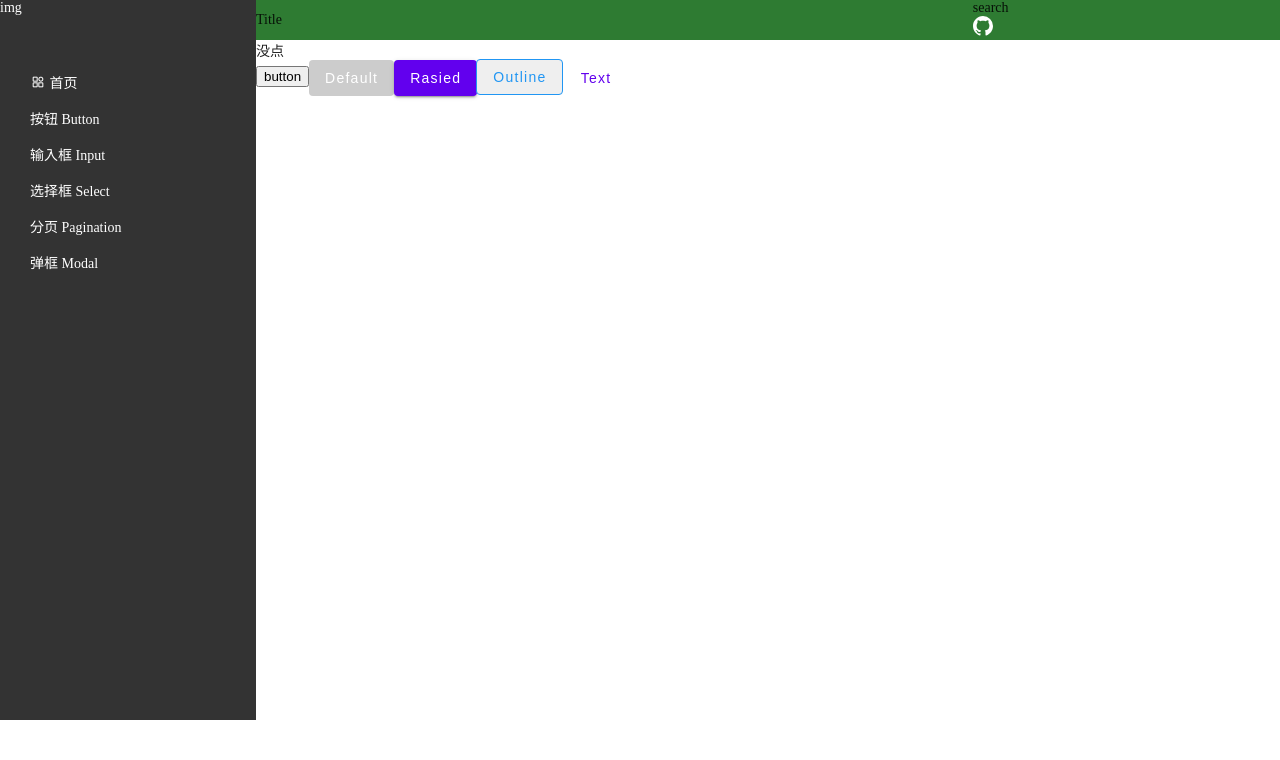
Repository: wyhsunflower/koalaUI
Page: /
An editor plug-in stored every save of this project. The page is shown before and after a run of saves, followed by the edit.
The browser window is 1280 px wide. The pictures show the whole page.
The project was rebuilt for these pictures with package versions that can differ from the ones it lists, and the page was loaded fresh each time. Also part of the build but not shown: webpack.config.js, src/components/Modal/Modal.vue. Imported but missing from the stored project, and not drawn on this page: src/views/go/go2.vue.

Above is the page before, as saved 2020-03-15 21:26:50.

### index.html
<!DOCTYPE html>
<html lang="en">
<head>
    <meta charset="UTF-8">
    <title>koala's UI</title>
</head>
<body>
<div id="app"></div>
</body>
</html>

### src/index.js
import Vue from 'vue';
import App from './app';
import './components/components.js'
import './styles/global.scss';
import './styles/iconfont/icon.scss'
import router from './router/route';


new Vue({
    router,
    render(h) {
        return h(App);
    }
}).$mount('#app');

### src/app.vue
<template>
    <div id="app" class="container">
        <SideBar></SideBar>
        <div class="right">
            <Header></Header>
            <div class="main">
                <transition>
                 <router-view></router-view>
                </transition>
            </div>
        </div>
    </div>
</template>
<script>
    import SideBar from './SideBar';
    import Header from './Header';
    export default {
        name: "app",
        components:{
            SideBar,
            Header
        },
    }
</script>

<style lang="scss" scoped>
    @import "styles/global";
    .container{
        width: 100%;
        display: flex;
        flex-flow: row nowrap;
        height: 100%;
    }
    .right{
        width: 80%;
        height: 100%;
    }
        .main{
            width: 100%;
            height: 100%;
        }
</style>

### src/components/components.js
import Vue from 'vue'
import Button from './Button/Button';
import Modal from './Modal/Modal';

Vue.component('Button',Button);
Vue.component('Modal',Modal);

### src/styles/global.scss
$font-color: rgba(0,0,0, 0.87);
$color-btn-default:#ccc;
$color-btn-primary:#2196f3;
$color-btn-custom:#6200ee;
* {
    box-sizing: border-box;
}
html, body {
    margin: 0;
    padding: 0;
    font-size: 14px;
}
html{
    width: 100%;
    height: 100%;
    outline: none;
    font-size: 14px;
}
body {
    color: $font-color;
    font-size: 14px;
    height: 100%;
    width: 100%;
}
.koala-button{

    -moz-osx-font-smoothing: grayscale;
    -webkit-font-smoothing: antialiased;
    font-size: 1rem;
    line-height: 2.25rem;
    font-weight: 500;
    letter-spacing: .0892857143em;
    text-decoration: none;
    display: inline-flex;
    position: relative;
    align-items: center;
    justify-content: center;
    box-sizing: border-box;
    min-width: 64px;
    border: none;
    outline: none;
    line-height: 1;
    -webkit-user-select: none;
    -moz-user-select: none;
    -ms-user-select: none;
    user-select: none;
    -webkit-appearance: none;
    overflow: visible;
    vertical-align: middle;
    border-radius: 4px;
    cursor: pointer;

    padding: 0 1.145rem;
    min-width: 4.5rem;
    color: #fff;
    height: 2.572rem;
}

### src/styles/iconfont/icon.scss
@font-face {font-family: "iconfont";
  src: url('./iconfont.eot?t=1575969178796'); /* IE9 */
  src: url('./iconfont.eot?t=1575969178796#iefix') format('embedded-opentype'), /* IE6-IE8 */
       url('./iconfont.woff?t=1575969178796') format('woff'),
       url('./iconfont.ttf?t=1575969178796') format('truetype'), /* chrome, firefox, opera, Safari, Android, iOS 4.2+ */
       url('./iconfont.svg?t=1575969178796#iconfont') format('svg'); /* iOS 4.1- */
}
.iconfont {
  font-family: "iconfont" !important;
  font-size: 16px;
  font-style: normal;
  -webkit-font-smoothing: antialiased;
  -moz-osx-font-smoothing: grayscale;
}
.icon-all:before {
  content: "\e6ef";
}

### src/router/route.js
import Router from 'vue-router';
import Vue from 'vue';
//import Home from '../app';
//import Button from '../components/Button/Button';
import Home from '../views/home';


const routerListDir=[];

function importAllRouter(r) {
    r.keys().forEach(
        (key)=>routerListDir.push(r(key).default)
    )
}

importAllRouter(require.context('../router',true,/\.router\.js/));
Vue.use(Router);
console.log(routerListDir);

export default new Router({
    routes: [
        ...routerListDir,
        { path: '/',component:Home},
        //{ path: '/button',component:Button},
    ]
});

### src/SideBar.vue
<template>
    <div class="side">
        <div class="top">
            <div>img</div>
            <!--<img src="./static/img/logo.jpg">-->
        </div>
        <ul class="side-list">
            <li v-for="x of lists">
                <i class="iconfont" :class="x.icon"></i>
                {{x.name}}
            </li>
        </ul>
    </div>
</template>

<script>
    export default {
        name: "SideBar",
        data(){
            return{
                lists:[
                    {
                        name:'首页',
                        icon:'icon-all',
                    },
                    {
                        name:'按钮 Button',
                        icon:'button',
                    },
                    {
                        name:'输入框 Input',
                        icon:'input',
                    },
                    {
                        name:'选择框 Select',
                        icon:'select',
                    },
                    {
                        name:'分页 Pagination',
                        icon:'pagination',
                    },
                    {
                        name:'弹框 Modal',
                        icon:'modal',
                    },
                ],
            }
        },
    }
</script>

<style lang="scss" scoped>
    .side {
        max-width: 300px;
        width: 20%;
        background: rgba(0,0,0,.8);
        height: 100%;
        color: #fff;
    }
    .top {
        height: 50px;
    }
    ul{
        list-style: none;
        padding: 0;
    }
    li{
        padding: 8px 30px;
        &:hover{background: rgba(0,0,0,.2);}
    }
</style>

### src/Header.vue
<template>
    <div class="header">
        <div class="title">Title</div>
        <div class="right">
            <div class="search">search</div>
            <div class="config">
            <svg width="20" height="20" viewBox="0 0 20 20" xmlns="http://www.w3.org/2000/svg"><title>github-circle-white-transparent</title><path d="M10 0C4.477 0 0 4.477 0 10c0 4.42 2.87 8.17 6.84 9.5.5.08.66-.23.66-.5v-1.69c-2.77.6-3.36-1.34-3.36-1.34-.46-1.16-1.11-1.47-1.11-1.47-.91-.62.07-.6.07-.6 1 .07 1.53 1.03 1.53 1.03.87 1.52 2.34 1.07 2.91.83.09-.65.35-1.09.63-1.34-2.22-.25-4.55-1.11-4.55-4.92 0-1.11.38-2 1.03-2.71-.1-.25-.45-1.29.1-2.64 0 0 .84-.27 2.75 1.02.79-.22 1.65-.33 2.5-.33.85 0 1.71.11 2.5.33 1.91-1.29 2.75-1.02 2.75-1.02.55 1.35.2 2.39.1 2.64.65.71 1.03 1.6 1.03 2.71 0 3.82-2.34 4.66-4.57 4.91.36.31.69.92.69 1.85V19c0 .27.16.59.67.5C17.14 18.16 20 14.42 20 10A10 10 0 0 0 10 0z" fill="#FFF" fill-rule="evenodd"/></svg>
            </div>
        </div>
    </div>
</template>

<script>
    export default {
        name: "Header"
    }
</script>

<style lang="scss" scoped>
    .header{
        width: 100%;
        display: flex;
        justify-content: space-between;
        align-items: center;
        background-color:#2e7b32
    }
    .title{
        width: 60%;
    }
    .right{
        width: 30%;
    }
</style>

### src/components/Button/Button.vue
<template>
    <component
            class="koala-button"
            :class="buttonType"
            is="button"
            @click="onClick"
    >
        <slot></slot>
    </component>
</template>

<script>
    //type color icon
    export default {
        name: "Button",
        // ['type','color','diabled','size'],
        props: {
            type:{
                type: String,
                default:'default', // 'default', 'rasied , 'text', 'outline'
            },
            color:{
                type: String,
                default: 'default', // 'default', 'primary', 'custom'
            },
            size:{
                type: String,
                default: 'normal' // 'small', 'normal', 'large','custom'
            },
            disabled: {
                type: Boolean,
                default: false
            }
        },
        data(){
            return{
            }
        },
        components:{

        },
        computed:{
            buttonType(){
                const buttonClass = {
                    "outline": [`koala-button-${this.type}`,`koala-button-ouline-color-${this.color}`],
                    "text": [`koala-button-${this.type}`,`koala-button-text-color-${this.color}`],
                    "default": [`koala-button-${this.type}`,`koala-button-color-${this.color}`],
                    "rasied": [`koala-button-${this.type}`,`koala-button-color-${this.color}`],
                }
                return buttonClass[this.type]
            },
        },
        methods:{
            onClick(e){
                this.$emit('click', e);
            }
        },
        mounted(){
        },
    }
</script>

<style lang="scss" scoped >
    @import "../../styles/global.scss";
// .koala-button{
//     background-color:#ccc;
//     min-width: 4.5rem;
//     border-radius: .25rem;
//     color: #fff;
//     font-size: .875rem;
//     font-weight: 300;
//     box-sizing: border-box;
//     position: relative;
//     -webkit-user-select: none;
//     -moz-user-select: none;
//     -ms-user-select: none;
//     user-select: none;
//     cursor: pointer;
//     outline: none;
//     border: none;
//     -webkit-tap-highlight-color: transparent;
//     display: inline-block;
//     white-space: nowrap;
//     text-decoration: none;
//     vertical-align: baseline;
//     text-align: center;
//     margin: 0;
//     min-width: 64px;
//     line-height: 36px;
//     padding: 0 16px;
//     border-radius: 4px;
//     overflow: visible;
//     transform: translate3d(0, 0, 0);
//     transition: background 400ms cubic-bezier(0.25, 0.8, 0.25, 1),box-shadow 280ms cubic-bezier(0.4, 0, 0.2, 1);
// }
    .koala-button-default{
        box-shadow: 0 0 0 0 rgba(0,0,0,.2), 0 0 0 0 rgba(0,0,0,.14), 0 0 0 0 rgba(0,0,0,.12);
    }
    .koala-button-rasied{
        box-shadow: 0px 3px 1px -2px rgba(0, 0, 0, 0.2), 0px 2px 2px 0px rgba(0, 0, 0, 0.14), 0px 1px 5px 0px rgba(0,0,0,.12);
        transition: box-shadow 280ms cubic-bezier(0.4, 0, 0.2, 1);
    }
    .koala-button-text{
        background-color: transparent;
        // color: $color-btn-primary;
    }
    .koala-button-outline{
        top: -1px;
        left: -1px;
        // border: 1px solid transparent;
        // color:$color-btn-primary;
        // border-color: $color-btn-primary;
    }
    .koala-button-color-default{
        background-color:$color-btn-default;
    }
    .koala-button-color-primary{
        background-color:$color-btn-primary;
    }
    .koala-button-color-custom{
        background-color:$color-btn-custom;
    }
    .koala-button-ouline-color-default{
        border: 1px solid transparent;
        color:$color-btn-default;
        border-color: $color-btn-default;
    }
    .koala-button-ouline-color-primary{
        border: 1px solid transparent;
        color:$color-btn-primary;
        border-color: $color-btn-primary;
    }
    .koala-button-ouline-color-custom{
        border: 1px solid transparent;
        color:$color-btn-custom;
        border-color: $color-btn-custom;
    }
    .koala-button-text-color-default{
        color: $color-btn-default;
    }
    .koala-button-text-color-primary{
        color: $color-btn-primary;
    }
    .koala-button-text-color-custom{
        color: $color-btn-custom;
    }
</style>

### src/views/home.vue
<template>
    <div class="main-container">
        <div>{{message}}</div>
        <button @click="showModal">button</button>
        <Modal v-if="modal" :self="this" :confirmCallback="confirmWay" :cancelCallback="cancelWay">
            <div>Modal组件</div>
            <div>Modal组件</div>
            <div>Modal组件</div>
            <div>Modal组件</div>
            <div>Modal组件</div>
            <div>Modal组件</div>
        </Modal>
        <Button @click="clicked('default')" type="default" color="default">Default</Button>
        <Button @click="clicked('rasied')" type="rasied" color="custom">Rasied</Button>
        <Button @click="clicked('outline')" type="outline" color="primary">Outline</Button>
        <Button @click="clicked('text')" type="text" color="custom">Text</Button>
    </div>
</template>

<script>
    // import Modal from '../components/Modal/Modal.vue'
    // import Button from '../components/Button/Button.vue'
    export default {
        name: "home",
        data(){
            return{
                modal:false,
                message:'没点'
            }
        },
        // components:{
        //     Button
        // },
        methods:{
            showModal(){
                this.modal = true
            },
            confirmWay(){
                this.message = '确定'
            },
            cancelWay(){
                this.message = '取消了'
            },
            clicked(name){
                alert(name)
            },
        },
    }
</script>

<style scoped>

</style>

### src/router/button.router.js
import Button from '../components/Button/Button';
export default {
    path: '/button',
    name: 'button',
    component:Button,
    children:[]
}

### src/router/modal.router.js
import Modal from '../components/Modal/Modal';
export default {
    path: '/modal',
    name: 'modal',
    component:Modal,
}

### src/router/sample.router.js
import Sample from '../views/go/go2.vue';
export default {
    path: '/sample',
    name: 'sample',
    component:Sample,
}

After the next 2 saves:
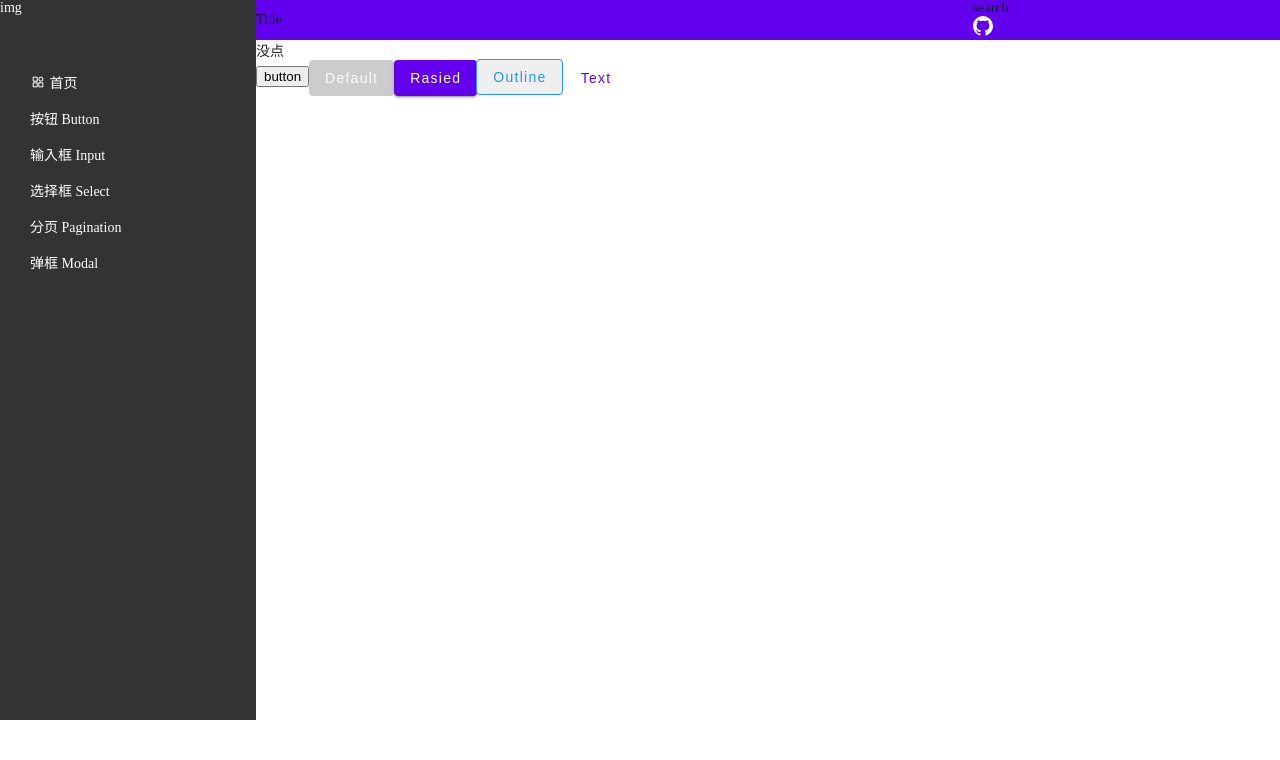
The 2 saves are shown as one change because they came seconds apart.
The last was saved 32 s later.
--- a/src/Header.vue
+++ b/src/Header.vue
@@ -22,7 +22,7 @@
         display: flex;
         justify-content: space-between;
         align-items: center;
-        background-color:#2e7b32
+        background-color:#6200ee;
     }
     .title{
         width: 60%;
